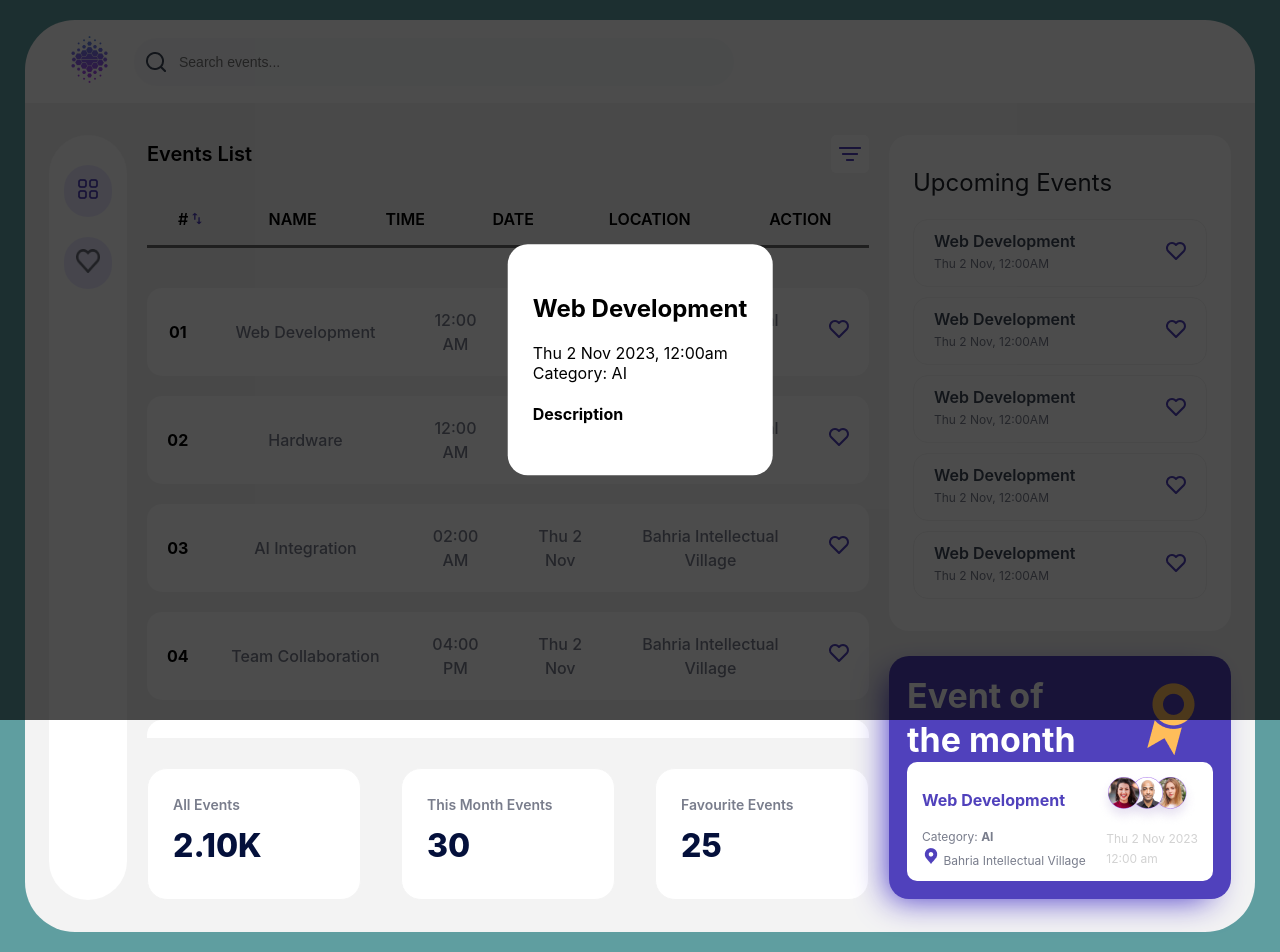
Repository: ahmadunitedsol710/react-dashboard
Page: /, after clicking the first element matching `tr.body_row`
The author's editor kept a copy of each file at every save. The page is drawn from the files as they stood at one save, then again after the next save.
The browser window is 1280 px wide. The pictures show the whole page.
An inner scrolling area shows only its first screen. The project was rebuilt for these pictures with package versions that can differ from the ones it lists, and the page was loaded fresh each time.

Above is the page before, as saved 2024-08-02 09:58:55.

After the next save:
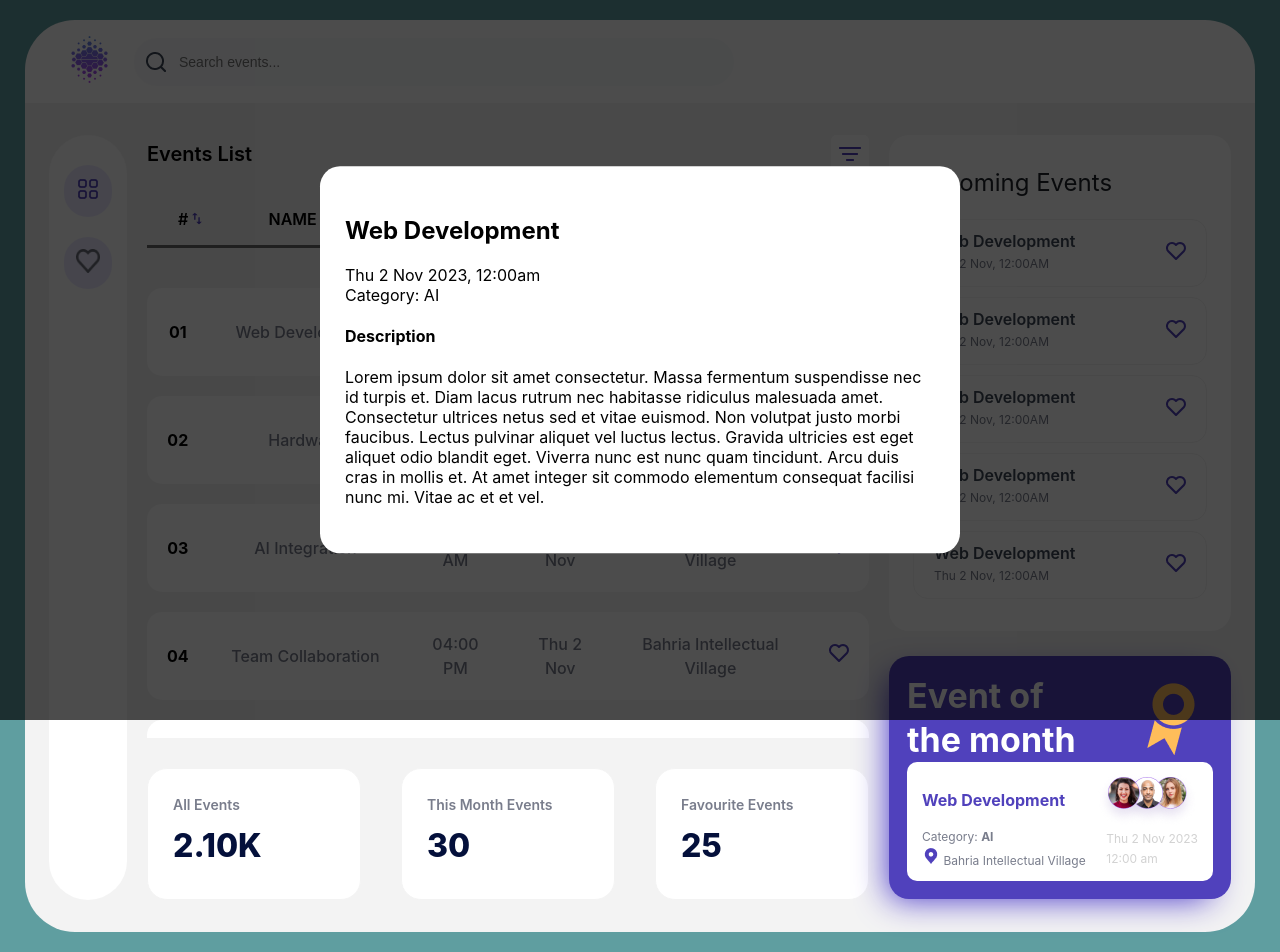
Saved 6 s later.
--- a/src/Components/Body/Detailpopup.js
+++ b/src/Components/Body/Detailpopup.js
@@ -14,7 +14,7 @@ const Detailpopup = ({closeModal}) => {
                     <span className="category">Category: AI</span>
                     <div className="description">
                         <h4 className="desc_title">Description</h4>
-                        <p className="text"></p>
+                        <p className="text">Lorem ipsum dolor sit amet consectetur. Massa fermentum suspendisse nec id turpis et. Diam lacus rutrum nec habitasse ridiculus malesuada amet. Consectetur ultrices netus sed et vitae euismod. Non volutpat justo morbi faucibus. Lectus pulvinar aliquet vel luctus lectus. Gravida ultricies est eget aliquet odio blandit eget. Viverra nunc est nunc quam tincidunt. Arcu duis cras in mollis et. At amet integer sit commodo elementum consequat facilisi nunc mi. Vitae ac et et vel.</p>
                     </div>
                 </div>
             </div>
